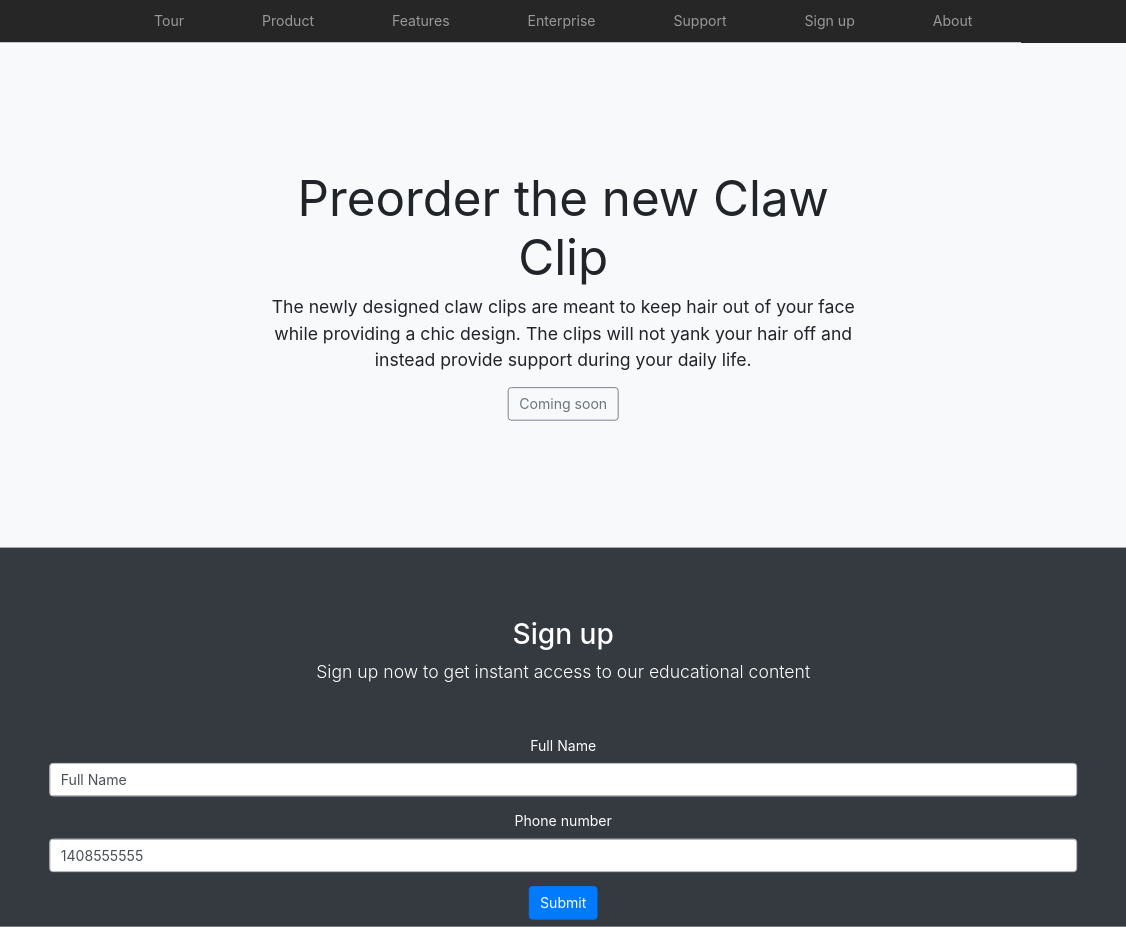
Repository: ttse009/TiffT-Website
Page: LearnCS8-Twilio/index.html
The author's editor kept a record of every edit. The page is drawn from the files as they stood at one moment, then again after the next edit.
The browser window is 1280 px wide. The pictures show the whole page, at 88% of full size.

Above is the page before.

### LearnCS8-Twilio/index.html
<!doctype html>
<html lang="en">
  <head>
    <!-- Required meta tags -->
    <meta charset="utf-8">
    <meta name="viewport" content="width=device-width, initial-scale=1, shrink-to-fit=no">
    <meta name="description" content="Keep hair out of your face today!">
    <meta name="author" content="862169796">

    <!-- Bootstrap CSS -->
    <link rel="stylesheet" href="https://stackpath.bootstrapcdn.com/bootstrap/4.5.2/css/bootstrap.min.css" integrity="sha384-JcKb8q3iqJ61gNV9KGb8thSsNjpSL0n8PARn9HuZOnIxN0hoP+VmmDGMN5t9UJ0Z" crossorigin="anonymous">

    <!-- Title of your Website -->
    <title>My first website</title Claw Clip>
    <link href="product.css" rel="stylesheet">
  </head>
  <body>
    <nav class="site-header sticky-top py-1">
    <!-- Top Menu Bar -->
    <div class="container d-flex flex-column flex-md-row justify-content-between">
  <a class="py-2 d-none d-md-inline-block" id="menu-item-1" href="#">Tour</a>
        <a class="py-2 d-none d-md-inline-block" id="menu-item-2" href="https://product.com" target="_blank">Product</a>
        <a class="py-2 d-none d-md-inline-block" id="menu-item-3" href="https://features.com" target="_blank">Features</a>
        <a class="py-2 d-none d-md-inline-block" id="menu-item-4" href="https://enterprise.com" target="_blank">Enterprise</a>
        <a class="py-2 d-none d-md-inline-block" id="menu-item-5" href="https://support.com" target="_blank">Support</a>
        <a class="py-2 d-none d-md-inline-block" id="menu-item-6" href="https://signup.com" target="_blank">Sign up</a>
        <a class="py-2 d-none d-md-inline-block" id="menu-item-7" href="https://about.com" target="_blank">About</a>
    </div>
</nav>
<!-- Main Header Section h1-->
<div class="position-relative overflow-hidden p-3 p-md-5 m-md-0 text-center bg-light">
    <div class="col-md-8 p-lg-5 mx-auto my-5">
        <h1 class="display-4 font-weight-normal">Preorder the new Claw Clip</h1>
        <p class="lead font-weight-normal">The newly designed claw clips are meant to keep hair out of your face while providing a chic design. The clips will not yank your hair off and instead provide support during your daily life.</p>
        <a class="btn btn-outline-secondary" href="https://google.com">Coming soon</a>
    </div>
</div>
<!-- Left Tile -->
<div class="d-md-flex flex-md-equal w-100">
    <div class="bg-dark pt-3 px-3 pt-md-5 px-md-5 text-center text-white overflow-hidden">
        <div class="my-3 py-3">
            <h2 class="display-5">Sign up</h2>
            <p class="lead">Sign up now to get instant access to our educational content</p>
        </div>
        <!-- Web form when submitted will send a text message -->
        <form class="p-2" onsubmit="sendTextMessage(); return false;">
            <!-- Full Name Form Field -->
            <div class="form-group">
                <label for="example-first-name">Full Name</label>
                <input type="text" value="Full Name" class="form-control" id="example-first-name" aria-describedby="emailHelp">
            </div>
            <!-- Phone Number Form Field -->
            <div class="form-group">
                <label for="example-tel-input">Phone number</label>
                <input type="tel" class="form-control" value="1408555555" id="example-tel-input">
            </div>
            <!-- JavaScript that handles onSubmit logic -->
            <!-- Configure the XHR request below with your own credentials -->
            <script>
            function sendTextMessage() {
                console.log("Hello world!");
                var xhr = new XMLHttpRequest();
                var accountSID = "ACc90f81738186e2a5dc1514d52f00e8ec";
                var authToken = "34a145d134e17e9740361e346f7e9574";
                var base64encoded = accountSID + ":" + authToken;
                var params = "To=" + document.getElementById('example-tel-input').value + "&From=" + "18777644964" + "&Body=" + "Hello " + document.getElementById('example-first-name').value + "Thank you for considering Claw Clips!"
                xhr.open("POST", "https://api.twilio.com/2010-04-01/Accounts/" + accountSID + "/Messages.json", true);
                xhr.setRequestHeader('Content-Type', 'application/x-www-form-urlencoded');
                xhr.setRequestHeader('Authorization', 'Basic ' + btoa(base64encoded));
                xhr.send(params);
            }
            </script>
            <!-- Submit button that will execute the sendTextMessage function -->
            <button type="submit" class="btn btn-primary">Submit</button>
        </form>
    </div>
  </body>
</html>

### LearnCS8-Twilio/product.css
.container {
  max-width: 960px;
}

/*
 * Custom translucent site header
 */

.site-header {
  background-color: rgba(0, 0, 0, .85);
  -webkit-backdrop-filter: saturate(180%) blur(20px);
  backdrop-filter: saturate(180%) blur(20px);
}
.site-header a {
  color: #999;
  transition: ease-in-out color .15s;
}
.site-header a:hover {
  color: #fff;
  text-decoration: none;
}

/*
 * Dummy devices (replace them with your own or something else entirely!)
 */

.product-device {
  position: absolute;
  right: 10%;
  bottom: -30%;
  width: 300px;
  height: 540px;
  background-color: #333;
  border-radius: 21px;
  -webkit-transform: rotate(30deg);
  transform: rotate(30deg);
}

.product-device::before {
  position: absolute;
  top: 10%;
  right: 10px;
  bottom: 10%;
  left: 10px;
  content: "";
  background-color: rgba(255, 255, 255, .1);
  border-radius: 5px;
}

.product-device-2 {
  top: -25%;
  right: auto;
  bottom: 0;
  left: 5%;
  background-color: #e5e5e5;
}


/*
 * Extra utilities
 */

.flex-equal > * {
  -ms-flex: 1;
  flex: 1;
}
@media (min-width: 768px) {
  .flex-md-equal > * {
    -ms-flex: 1;
    flex: 1;
  }
}

.overflow-hidden { overflow: hidden; }

After the next edit:
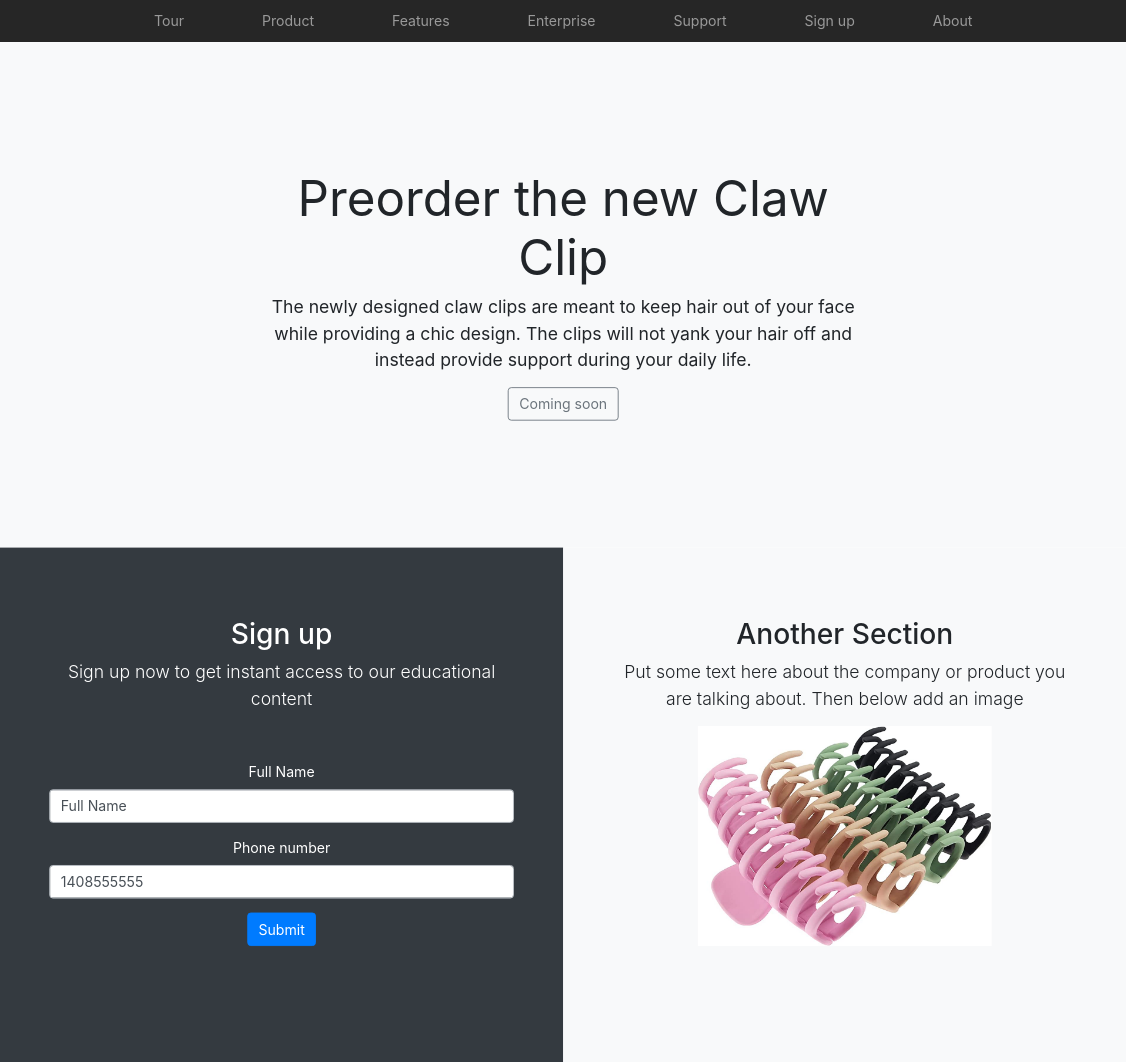
The edit:
--- a/LearnCS8-Twilio/index.html
+++ b/LearnCS8-Twilio/index.html
@@ -74,5 +74,15 @@
             <button type="submit" class="btn btn-primary">Submit</button>
         </form>
     </div>
+    <!-- Right Tile -->
+    <div class="bg-light pt-3 px-3 pt-md-5 px-md-5 text-center overflow-hidden">
+        <div class="my-3 p-3">
+            <h2 class="display-5">Another Section</h2>
+            <p class="lead">Put some text here about the company or product you are talking about. Then below add an image</p>
+            <img class="mx-auto" src="claw_clip.jpg" height="250px">
+        </div>
+        <div class="mx-auto" style="width: 80%; height: 100px; border-radius: 21px 21px 0 0;"></div>
+    </div>
+</div>
   </body>
 </html>
